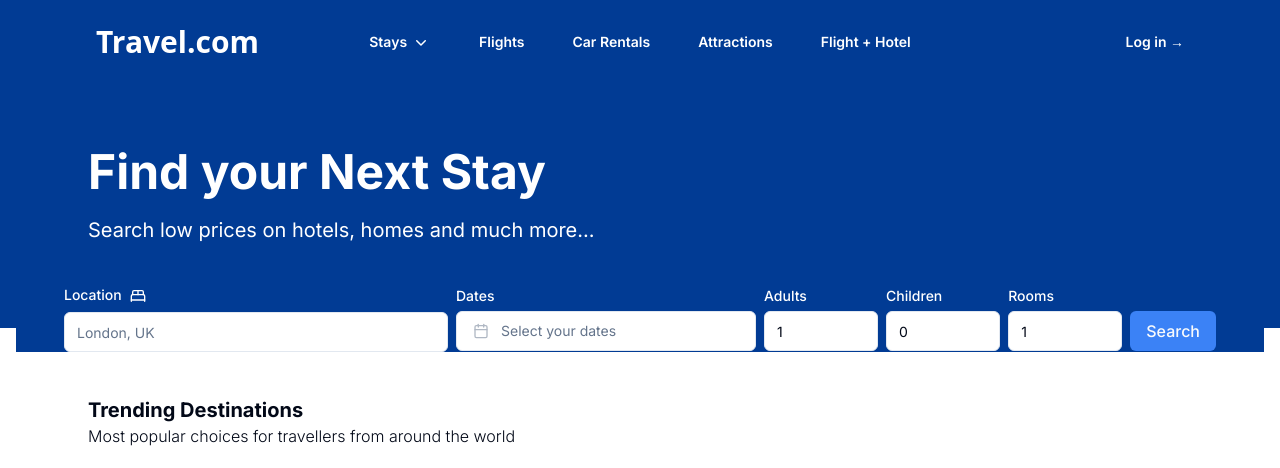
Repository: Qu4ntumGuy/booking
Page: /
The author's editor kept a copy of each file at every save. The page is drawn from the files as they stood at one save, then again after the next save.
The browser window is 1280 px wide. The pictures show the part of the page from y = 0 to 468 px (the page is 920 px tall).
Pictures or frames that could not be fetched are drawn as grey boxes. The project was rebuilt for these pictures with package versions that can differ from the ones it lists, and the page was loaded fresh each time. The framework's server and built-in components were replaced by stand-ins that run in the browser. Also part of the build but not shown: next.config.mjs, components/ui/calendar.tsx.

Above is the page before, as saved 2024-07-03 15:55:21.

### app/layout.tsx
import type { Metadata } from "next";
import { Inter } from "next/font/google";
import "./globals.css";
import Header from "@/components/Header";

const inter = Inter({ subsets: ["latin"] });

export const metadata: Metadata = {
  title: "Travel-App",
  description: "Generated by create next app",
};

export default function RootLayout({
  children,
}: Readonly<{
  children: React.ReactNode;
}>) {
  return (
    <html lang="en">
      <body className={inter.className}>
      <Header />

        {children}</body>
    </html>
  );
}

### app/page.tsx
import Image from "next/image";
import { trending_data } from "@/data/trending";
import SearchForm from "@/components/SearchForm";

export default function Home() {
  return (
    <main className="">
      <section className="bg-[#013B94]">
        <div className="max-w-6xl mx-auto py-16 p-6">
          <h2 className="font-bold text-5xl text-white">Find your Next Stay</h2>
          <h3 className="text-white py-5 text-xl">
            Search low prices on hotels, homes and much more...
          </h3>
        </div>
      </section>

      <section className="m-4 bg-[#013B94] mb-0 -mt-10 px-2 lg:px-4">
        <SearchForm />
      </section>
      <section className="mx-auto mb-10 max-w-6xl p-6 bg-white rounded-t-lg">
        <div className="pt-5">
          <h3 className="text-xl font-bold">Trending Destinations</h3>
          <p className="font-light">
            Most popular choices for travellers from around the world
          </p>
        </div>

        <div className="flex space-x-4 py-5 overflow-x-scroll">
          {trending_data.map((item) => (
            <div key={item.id} className="space-y-1 shrink-0 cursor-pointer">
              <img
                key={item.id}
                className="w-80 h-72 object-cover rounded-lg pb-2"
                src={item.src}
                alt=""
              />

              <p className="font-bold">{item.title}</p>
              <p className="">{item.location}</p>
              <p className="font-light text-sm">{item.description}</p>
            </div>
          ))}
        </div>
      </section>
    </main>
  );
}

### data/trending.ts
export const trending_data = [
    {
      id: 1,
      src: "https://r-xx.bstatic.com/xdata/images/city/526x420/977220.jpg?k=ee4b7b42c35b8cbf09c8ddb7630092b40cd706fec153c41904ed6e252a883938&o=",
      title: "Dubai",
      location: "United Arab Emirates",
      description: "15 Deals",
    },
    {
      id: 2,
      src: "https://cf.bstatic.com/xdata/images/xphoto/540x405/288594543.webp?k=7a96a2b4190146f63068bd0604a916c0c885c4899a527e24a9b39487d4ae50b8&o=",
      title: "South Korea",
      location: "Asia",
      description: "32 Deals",
    },
    {
      id: 3,
      src: "https://cf.bstatic.com/xdata/images/xphoto/540x405/289320924.webp?k=99a00f2907495aaeb6396695c053e3d8b95fb05619b10e76c89fb1f7d1fec427&o=",
      title: "London",
      location: "United Kingdom",
      description: "45 Deals",
    },
    {
      id: 4,
      src: "https://cf.bstatic.com/xdata/images/xphoto/540x405/290483794.webp?k=916f7bac0ccdb08efcb269ad29cc10816ab66cd1671359066d23d32fb17b5c39&o=",
      title: "Singapore",
      location: "Asia",
      description: "88 Deals",
    },
    {
      id: 5,
      src: "https://cf.bstatic.com/xdata/images/xphoto/540x405/173724501.webp?k=5e8a2353c6cd4efef3c5f992ea36d65598c52f2662d45cedc460d1a6a759109f&o=",
      title: "New York City",
      location: "United States of America",
      description: "92 Deals",
    },
  ];

### components/SearchForm.tsx
"use client";
import { useRouter } from "next/navigation";
import { useForm } from "react-hook-form";
import { zodResolver } from "@hookform/resolvers/zod";
import * as z from "zod";
import { Button } from "@/components/ui/button";
import { BedDoubleIcon, CalendarIcon } from "lucide-react";
import { Popover, PopoverContent, PopoverTrigger } from "./ui/popover";
import { format } from "date-fns";
import {
  Form,
  FormControl,
  FormDescription,
  FormField,
  FormItem,
  FormLabel,
  FormMessage,
} from "@/components/ui/form";
import { Input } from "@/components/ui/input";
import { Calendar } from "./ui/calendar";
import { cn } from "@/lib/utils";

export const formSchema = z.object({
  location: z.string().min(2).max(50),
  dates: z.object({
    from: z.date(),
    to: z.date(),
  }),
  adults: z
    .string()
    .min(1, {
      message: "Please select at least 1 adult",
    })
    .max(12, { message: "Max 12 adults Occupancy" }),
  children: z.string().min(0).max(12, {
    message: "Max 12 children Occupancy",
  }),
  rooms: z.string().min(1, {
    message: "Please select at least 1 room",
  }),
});

function SearchForm() {
  const router = useRouter();
  const form = useForm<z.infer<typeof formSchema>>({
    resolver: zodResolver(formSchema),
    defaultValues: {
      location: "",
      dates: {
        from: undefined,
        to: undefined,
      },
      adults: "1",
      children: "0",
      rooms: "1",
    },
  });

  function onSubmit(data: z.infer<typeof formSchema>) {
    console.log(data);
  }

  return (
    <Form {...form}>
      <form
        onSubmit={form.handleSubmit(onSubmit)}
        className="flex flex-col lg:flex-row lg:max-w-6xl lg:mx-auto items-center justify-center space-x-0 lg:space-x-2 space-y-4 lg:space-y-0 rounded-lg"
      >
        <div className="grid w-full lg:max-w-sm items-center gap-1.5">
          <FormField
            control={form.control}
            name="location"
            render={({ field }) => (
              <FormItem>
                <FormLabel className="text-white flex">
                  Location
                  <BedDoubleIcon className="ml-2 h-4 w-4 text-white" />
                </FormLabel>
                <FormMessage />

                <FormControl>
                  <Input placeholder="London, UK" {...field} />
                </FormControl>
              </FormItem>
            )}
          />
        </div>

        <div className="grid w-full lg:max-w-sm flex-1 items-center gap-1.5">
          <FormField
            control={form.control}
            name="dates"
            render={({ field }) => (
              <FormItem className="flex flex-col">
                <FormLabel className="text-white">Dates</FormLabel>
                <FormMessage />

                <Popover>
                  <PopoverTrigger asChild>
                    <FormControl>
                      <Button
                        id="date"
                        name="dates"
                        variant={"outline"}
                        className={cn(
                          "w-full lg:w-[300px] justify-start text-left font-normal",
                          !field.value.from && "text-muted-foreground"
                        )}
                      >
                        <CalendarIcon className="mr-3 h-4 w-4 opacity-50" />
                        {field.value?.from ? (
                          field.value?.to ? (
                            <>
                              {format(field.value?.from, "LLL dd, y")} -{" "}
                              {format(field.value?.to, "LLL dd, y")}
                            </>
                          ) : (
                            format(field.value?.from, "LLL dd, y")
                          )
                        ) : (
                          <span>Select your dates</span>
                        )}
                      </Button>
                    </FormControl>
                  </PopoverTrigger>
                  <PopoverContent className="w-auto p-0" align="start">
                    <Calendar
                      initialFocus
                      mode="range"
                      selected={field.value}
                      defaultMonth={field.value.from}
                      onSelect={field.onChange}
                      numberOfMonths={2}
                      disabled={(date) =>
                        date < new Date(new Date().setHours(0, 0, 0, 0))
                      }
                    />
                  </PopoverContent>
                </Popover>
              </FormItem>
            )}
          />
        </div>
        <div className="flex w-full items-center space-x-2">
          <div className="grid items-center flex-1">
            <FormField
              control={form.control}
              name="adults"
              render={({ field }) => (
                <FormItem className="flex flex-col">
                  <FormLabel className="text-white">Adults</FormLabel>
                  <FormMessage />
                  <FormControl>
                    <Input type="number" placeholder="Adults" {...field} />
                  </FormControl>
                </FormItem>
              )}
            />
          </div>

          <div className="grid items-center flex-1">
            <FormField
              control={form.control}
              name="children"
              render={({ field }) => (
                <FormItem className="flex flex-col">
                  <FormLabel className="text-white">Children</FormLabel>
                  <FormMessage />
                  <FormControl>
                    <Input type="number" placeholder="Children" {...field} />
                  </FormControl>
                </FormItem>
              )}
            />
          </div>

          <div className="grid items-center flex-1">
            <FormField
              control={form.control}
              name="rooms"
              render={({ field }) => (
                <FormItem className="flex flex-col">
                  <FormLabel className="text-white">Rooms</FormLabel>
                  <FormMessage />
                  <FormControl>
                    <Input type="number" placeholder="rooms" {...field} />
                  </FormControl>
                </FormItem>
              )}
            />
          </div>

          <div className="mt-auto">
            <Button type="submit" className="bg-blue-500 text-base">
              Search
            </Button>
          </div>
        </div>
      </form>
    </Form>
  );
}

export default SearchForm;

### components/ui/button.tsx
import * as React from "react"
import { Slot } from "@radix-ui/react-slot"
import { cva, type VariantProps } from "class-variance-authority"

import { cn } from "@/lib/utils"

const buttonVariants = cva(
  "inline-flex items-center justify-center whitespace-nowrap rounded-md text-sm font-medium ring-offset-background transition-colors focus-visible:outline-none focus-visible:ring-2 focus-visible:ring-ring focus-visible:ring-offset-2 disabled:pointer-events-none disabled:opacity-50",
  {
    variants: {
      variant: {
        default: "bg-primary text-primary-foreground hover:bg-primary/90",
        destructive:
          "bg-destructive text-destructive-foreground hover:bg-destructive/90",
        outline:
          "border border-input bg-background hover:bg-accent hover:text-accent-foreground",
        secondary:
          "bg-secondary text-secondary-foreground hover:bg-secondary/80",
        ghost: "hover:bg-accent hover:text-accent-foreground",
        link: "text-primary underline-offset-4 hover:underline",
      },
      size: {
        default: "h-10 px-4 py-2",
        sm: "h-9 rounded-md px-3",
        lg: "h-11 rounded-md px-8",
        icon: "h-10 w-10",
      },
    },
    defaultVariants: {
      variant: "default",
      size: "default",
    },
  }
)

export interface ButtonProps
  extends React.ButtonHTMLAttributes<HTMLButtonElement>,
    VariantProps<typeof buttonVariants> {
  asChild?: boolean
}

const Button = React.forwardRef<HTMLButtonElement, ButtonProps>(
  ({ className, variant, size, asChild = false, ...props }, ref) => {
    const Comp = asChild ? Slot : "button"
    return (
      <Comp
        className={cn(buttonVariants({ variant, size, className }))}
        ref={ref}
        {...props}
      />
    )
  }
)
Button.displayName = "Button"

export { Button, buttonVariants }

### components/ui/popover.tsx
"use client"

import * as React from "react"
import * as PopoverPrimitive from "@radix-ui/react-popover"

import { cn } from "@/lib/utils"

const Popover = PopoverPrimitive.Root

const PopoverTrigger = PopoverPrimitive.Trigger

const PopoverContent = React.forwardRef<
  React.ElementRef<typeof PopoverPrimitive.Content>,
  React.ComponentPropsWithoutRef<typeof PopoverPrimitive.Content>
>(({ className, align = "center", sideOffset = 4, ...props }, ref) => (
  <PopoverPrimitive.Portal>
    <PopoverPrimitive.Content
      ref={ref}
      align={align}
      sideOffset={sideOffset}
      className={cn(
        "z-50 w-72 rounded-md border bg-popover p-4 text-popover-foreground shadow-md outline-none data-[state=open]:animate-in data-[state=closed]:animate-out data-[state=closed]:fade-out-0 data-[state=open]:fade-in-0 data-[state=closed]:zoom-out-95 data-[state=open]:zoom-in-95 data-[side=bottom]:slide-in-from-top-2 data-[side=left]:slide-in-from-right-2 data-[side=right]:slide-in-from-left-2 data-[side=top]:slide-in-from-bottom-2",
        className
      )}
      {...props}
    />
  </PopoverPrimitive.Portal>
))
PopoverContent.displayName = PopoverPrimitive.Content.displayName

export { Popover, PopoverTrigger, PopoverContent }

### components/ui/form.tsx
import * as React from "react"
import * as LabelPrimitive from "@radix-ui/react-label"
import { Slot } from "@radix-ui/react-slot"
import {
  Controller,
  ControllerProps,
  FieldPath,
  FieldValues,
  FormProvider,
  useFormContext,
} from "react-hook-form"

import { cn } from "@/lib/utils"
import { Label } from "@/components/ui/label"

const Form = FormProvider

type FormFieldContextValue<
  TFieldValues extends FieldValues = FieldValues,
  TName extends FieldPath<TFieldValues> = FieldPath<TFieldValues>
> = {
  name: TName
}

const FormFieldContext = React.createContext<FormFieldContextValue>(
  {} as FormFieldContextValue
)

const FormField = <
  TFieldValues extends FieldValues = FieldValues,
  TName extends FieldPath<TFieldValues> = FieldPath<TFieldValues>
>({
  ...props
}: ControllerProps<TFieldValues, TName>) => {
  return (
    <FormFieldContext.Provider value={{ name: props.name }}>
      <Controller {...props} />
    </FormFieldContext.Provider>
  )
}

const useFormField = () => {
  const fieldContext = React.useContext(FormFieldContext)
  const itemContext = React.useContext(FormItemContext)
  const { getFieldState, formState } = useFormContext()

  const fieldState = getFieldState(fieldContext.name, formState)

  if (!fieldContext) {
    throw new Error("useFormField should be used within <FormField>")
  }

  const { id } = itemContext

  return {
    id,
    name: fieldContext.name,
    formItemId: `${id}-form-item`,
    formDescriptionId: `${id}-form-item-description`,
    formMessageId: `${id}-form-item-message`,
    ...fieldState,
  }
}

type FormItemContextValue = {
  id: string
}

const FormItemContext = React.createContext<FormItemContextValue>(
  {} as FormItemContextValue
)

const FormItem = React.forwardRef<
  HTMLDivElement,
  React.HTMLAttributes<HTMLDivElement>
>(({ className, ...props }, ref) => {
  const id = React.useId()

  return (
    <FormItemContext.Provider value={{ id }}>
      <div ref={ref} className={cn("space-y-2", className)} {...props} />
    </FormItemContext.Provider>
  )
})
FormItem.displayName = "FormItem"

const FormLabel = React.forwardRef<
  React.ElementRef<typeof LabelPrimitive.Root>,
  React.ComponentPropsWithoutRef<typeof LabelPrimitive.Root>
>(({ className, ...props }, ref) => {
  const { error, formItemId } = useFormField()

  return (
    <Label
      ref={ref}
      className={cn(error && "text-destructive", className)}
      htmlFor={formItemId}
      {...props}
    />
  )
})
FormLabel.displayName = "FormLabel"

const FormControl = React.forwardRef<
  React.ElementRef<typeof Slot>,
  React.ComponentPropsWithoutRef<typeof Slot>
>(({ ...props }, ref) => {
  const { error, formItemId, formDescriptionId, formMessageId } = useFormField()

  return (
    <Slot
      ref={ref}
      id={formItemId}
      aria-describedby={
        !error
          ? `${formDescriptionId}`
          : `${formDescriptionId} ${formMessageId}`
      }
      aria-invalid={!!error}
      {...props}
    />
  )
})
FormControl.displayName = "FormControl"

const FormDescription = React.forwardRef<
  HTMLParagraphElement,
  React.HTMLAttributes<HTMLParagraphElement>
>(({ className, ...props }, ref) => {
  const { formDescriptionId } = useFormField()

  return (
    <p
      ref={ref}
      id={formDescriptionId}
      className={cn("text-sm text-muted-foreground", className)}
      {...props}
    />
  )
})
FormDescription.displayName = "FormDescription"

const FormMessage = React.forwardRef<
  HTMLParagraphElement,
  React.HTMLAttributes<HTMLParagraphElement>
>(({ className, children, ...props }, ref) => {
  const { error, formMessageId } = useFormField()
  const body = error ? String(error?.message) : children

  if (!body) {
    return null
  }

  return (
    <p
      ref={ref}
      id={formMessageId}
      className={cn("text-sm font-medium text-destructive", className)}
      {...props}
    >
      {body}
    </p>
  )
})
FormMessage.displayName = "FormMessage"

export {
  useFormField,
  Form,
  FormItem,
  FormLabel,
  FormControl,
  FormDescription,
  FormMessage,
  FormField,
}

### components/ui/input.tsx
import * as React from "react"

import { cn } from "@/lib/utils"

export interface InputProps
  extends React.InputHTMLAttributes<HTMLInputElement> {}

const Input = React.forwardRef<HTMLInputElement, InputProps>(
  ({ className, type, ...props }, ref) => {
    return (
      <input
        type={type}
        className={cn(
          "flex h-10 w-full rounded-md border border-input bg-background px-3 py-2 text-sm ring-offset-background file:border-0 file:bg-transparent file:text-sm file:font-medium placeholder:text-muted-foreground focus-visible:outline-none focus-visible:ring-2 focus-visible:ring-ring focus-visible:ring-offset-2 disabled:cursor-not-allowed disabled:opacity-50",
          className
        )}
        ref={ref}
        {...props}
      />
    )
  }
)
Input.displayName = "Input"

export { Input }

### components/ui/label.tsx
"use client"

import * as React from "react"
import * as LabelPrimitive from "@radix-ui/react-label"
import { cva, type VariantProps } from "class-variance-authority"

import { cn } from "@/lib/utils"

const labelVariants = cva(
  "text-sm font-medium leading-none peer-disabled:cursor-not-allowed peer-disabled:opacity-70"
)

const Label = React.forwardRef<
  React.ElementRef<typeof LabelPrimitive.Root>,
  React.ComponentPropsWithoutRef<typeof LabelPrimitive.Root> &
    VariantProps<typeof labelVariants>
>(({ className, ...props }, ref) => (
  <LabelPrimitive.Root
    ref={ref}
    className={cn(labelVariants(), className)}
    {...props}
  />
))
Label.displayName = LabelPrimitive.Root.displayName

export { Label }

Loaded but not shown: app/globals.css (common file); lib/utils.ts (common file); tailwind.config.ts (common file); components/Header.tsx (267 lines, source omitted)

After the next save:
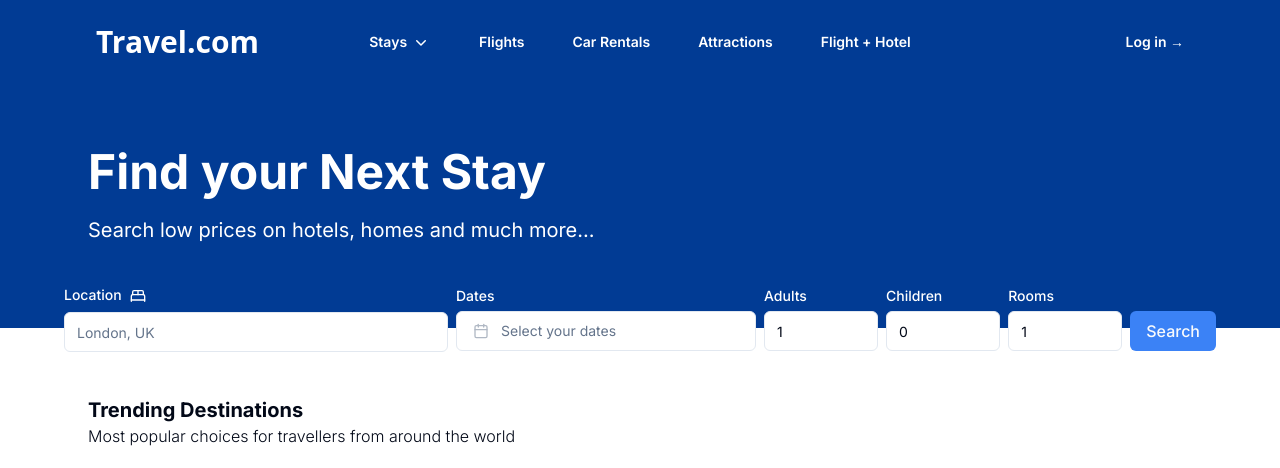
Saved 28 s later.
--- a/app/page.tsx
+++ b/app/page.tsx
@@ -14,7 +14,7 @@ export default function Home() {
         </div>
       </section>
 
-      <section className="m-4 bg-[#013B94] mb-0 -mt-10 px-2 lg:px-4">
+      <section className="m-4 bg-[#013B94] md:bg-inherit mb-0 -mt-10 px-2 lg:px-4">
         <SearchForm />
       </section>
       <section className="mx-auto mb-10 max-w-6xl p-6 bg-white rounded-t-lg">
